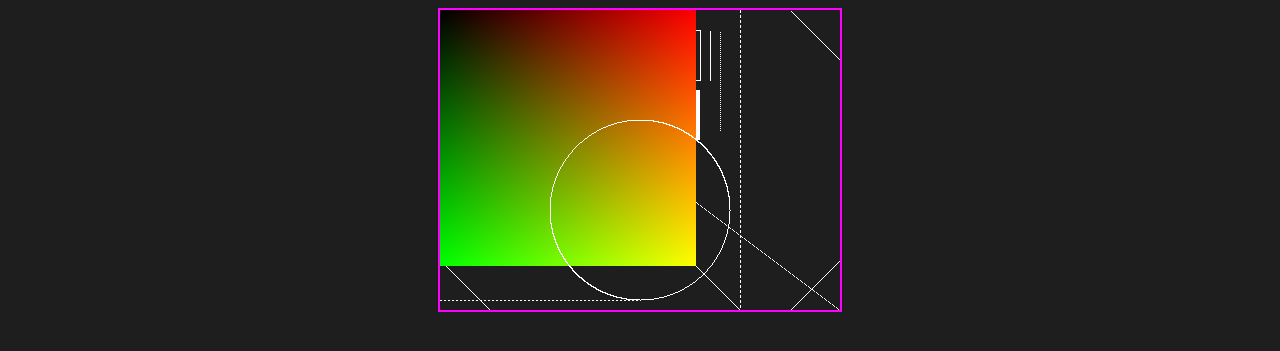
Repository: StarLightGX/miao
Page: paint.html
The author's editor kept a copy of each file at every save. The page is drawn from the files as they stood at one save, then again after the next save.
The browser window is 1280 px wide. The pictures show the whole page.

Above is the page before, as saved 2020-11-13 16:32:19.

### paint.html
<!DOCTYPE html>
<html lang="en">
  <head>
    <meta charset="UTF-8" />
    <title>画图</title>
    <style>
      html {
        background-color: rgb(30, 30, 30);
      }
      canvas {
        border: 2px solid #f0f;
        display: block;
        margin: auto;
      }
    </style>
  </head>
  <body>
    <canvas width="400" height="300"></canvas>
  </body>
  <script>
    var canvas = document.querySelector("canvas");
    canvas.style.imageRendering = "pixelated";
    var ctx = canvas.getContext("2d");

    function dot(x, y, color = "white") {
      x = x | 0;
      y = y | 0;
      ctx.fillStyle = color;
      ctx.fillRect(x, y, 1, 1);
    }

    function line(x1, y1, x2, y2) {
      ctx.strokeStyle = "black";
      ctx.moveTo(x1, y1);
      ctx.lineTo(x2, y2);
      ctx.stroke();
    }
    /**
   * YOUR TASK
画图的题：
画一条实线
画一条一个实点一个空点的虚线
画一条两个实点两个空点的虚线
画一条三个实点两个空点的虚线
画一条45度的斜线
画一条30度的斜线（选做）
在四个角画分别画一条45度的斜线以让画面看起来像一个相框
画一条跨越画布左上角和右下角的对角线
画一个空心矩形
画一个实心矩形
画一个rgb色彩空间的某一面
画一个空心的圆
画一个实心的圆
画一个大小合适的sin(x)的图像
   */
  </script>
  <script>
    // YOUR CODE GOES BELOW
    var x = 1;
    var y = 1;
    var i = 0;

    // 画一条实线
    y = 20;
    for (i = 0; i < 50; i++) {
      y = y + 1;
      x = 270;
      dot(x, y);
    }

    // 画一条一个实点一个空点的虚线
    y = 20;
    for (i = 0; i < 50; i++) {
      y = y + 2;
      x = 280;
      dot(x, y);
    }

    // 画一条两个实点两个空点的虚线
    for (var x = 0; x < 200; x++) {
      if (x % 4 < 2) {
        dot(x, 290);
      }
    }

    // for (i = 0; i < 50; i++) {
    //   y = 4 * (i + 1);
    //   x = 290;
    //   dot(x, y);
    // }

    // for (i = 0; i < 50; i++) {
    //   y = 4 * (i + 1) + 1;
    //   x = 290;
    //   dot(x, y);
    // }

    // 画一条三个实点两个空点的虚线

    for (i = 0; i < 100; i++) {
      y = 5 * (i + 1);
      x = 300;
      dot(x, y - 10);
    }

    for (i = 0; i < 100; i++) {
      y = 5 * (i + 1) + 1;
      x = 300;
      dot(x, y - 10);
    }

    for (i = 0; i < 100; i++) {
      y = 5 * (i + 1) + 2;
      x = 300;
      dot(x, y - 10);
    }

    // 画一条45度的斜线
    y = 0;
    for (i = 0; i < 1050; i++) {
      y = y + 1;
      x = y;
      dot(x, y);
    }
    // 画一条30度的斜线（选做）
    for (var x = 0; x < 200; x++) {
      var y = x / Math.sqrt(3);
      dot(x, y);
    }

    // 在四个角画分别画一条45度的斜线以让画面看起来像一个相框
    y = 0;
    for (i = 0; i < 1050; i++) {
      y = y + 1;
      x = y;
      dot(x - 250, y);
    }
    y = 0;
    for (i = 0; i < 1050; i++) {
      y = y + 1;
      x = y;
      dot(x + 350, y);
    }
    y = 0;
    for (i = 0; i < 1050; i++) {
      y = y + 1;
      x = -y;
      dot(x + 50, y);
    }
    y = 0;
    for (i = 0; i < 1050; i++) {
      y = y + 1;
      x = -y;
      dot(x + 650, y);
    }

    // 画一条跨越画布左上角和右下角的对角线
    y = 0;
    for (i = 0; i < 500; i++) {
      y = y + 1;
      x = (4 / 3) * y;
      dot(x, y);
    }
    // 画一个空心矩形
    y = 20;
    for (i = 0; i < 50; i++) {
      y = y + 1;
      x = 260;
      dot(x, y);
    }
    y = 20;
    for (i = 0; i < 50; i++) {
      y = y + 1;
      x = 230;
      dot(x, y);
    }
    y = 20;
    for (i = 0; i < 31; i++) {
      y = y + 1;
      x = 30;
      dot(y + 209, x - 10);
    }
    y = 20;
    for (i = 0; i < 31; i++) {
      y = y + 1;
      x = 30;
      dot(y + 209, x + 40);
    }
    // 画一个实心矩形

    for (x = 230; x < 260; x++) {
      for (y = 80; y < 130; y++) {
        dot(x, y);
      }
    }

    // 画一个rgb色彩空间的某一面
    for (x = 0; x < 256; x++) {
      for (y = 0; y < 256; y++) {
        dot(x, y, "rgb" + "(" + x + "," + y + "," + 0 + ")");
      }
    }
    // 画一个空心的圆
    var r = 90;

    for (x = -r; x < r; x++) {
      y = Math.sqrt(r * r - x * x);
      dot(x + 200, y + 200);
      dot(x + 200, -y + 200);
    }
    for (y = -r; y < r; y++) {
      x = Math.sqrt(r * r - y * y);
      dot(x + 200, y + 200);
      dot(-x + 200, y + 200);
    }

    //  for (var theta = 0; theta)
    // 画一个实心的圆

    // 画一个大小合适的sin(x)的图像
    y = 30;
    x = 30;
  </script>
</html>

After the next save:
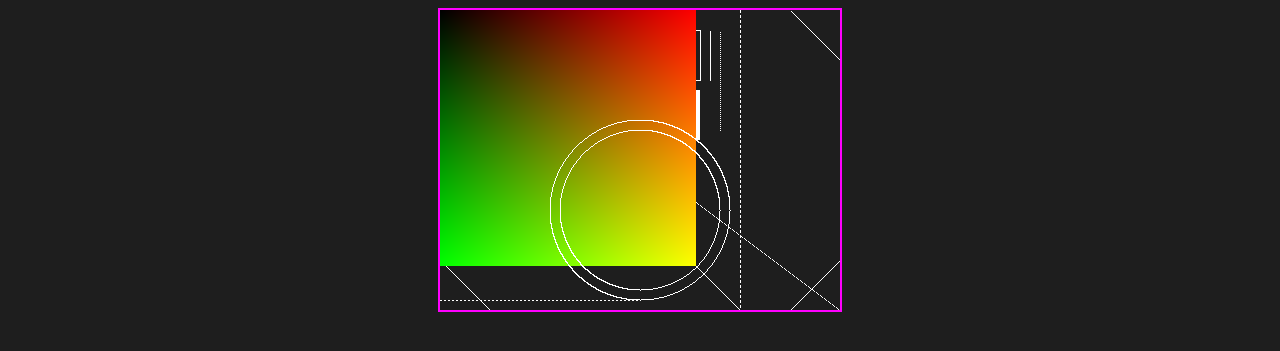
Saved 2 min 8 s later.
--- a/paint.html
+++ b/paint.html
@@ -202,7 +202,6 @@
     }
     // 画一个空心的圆
     var r = 90;
-
     for (x = -r; x < r; x++) {
       y = Math.sqrt(r * r - x * x);
       dot(x + 200, y + 200);
@@ -214,6 +213,17 @@
       dot(-x + 200, y + 200);
     }
 
+    var r = 80;
+    for (x = -r; x < r; x++) {
+      y = Math.sqrt(r * r - x * x);
+      dot(x + 200, y + 200);
+      dot(x + 200, -y + 200);
+    }
+    for (y = -r; y < r; y++) {
+      x = Math.sqrt(r * r - y * y);
+      dot(x + 200, y + 200);
+      dot(-x + 200, y + 200);
+    }
     //  for (var theta = 0; theta)
     // 画一个实心的圆
 
